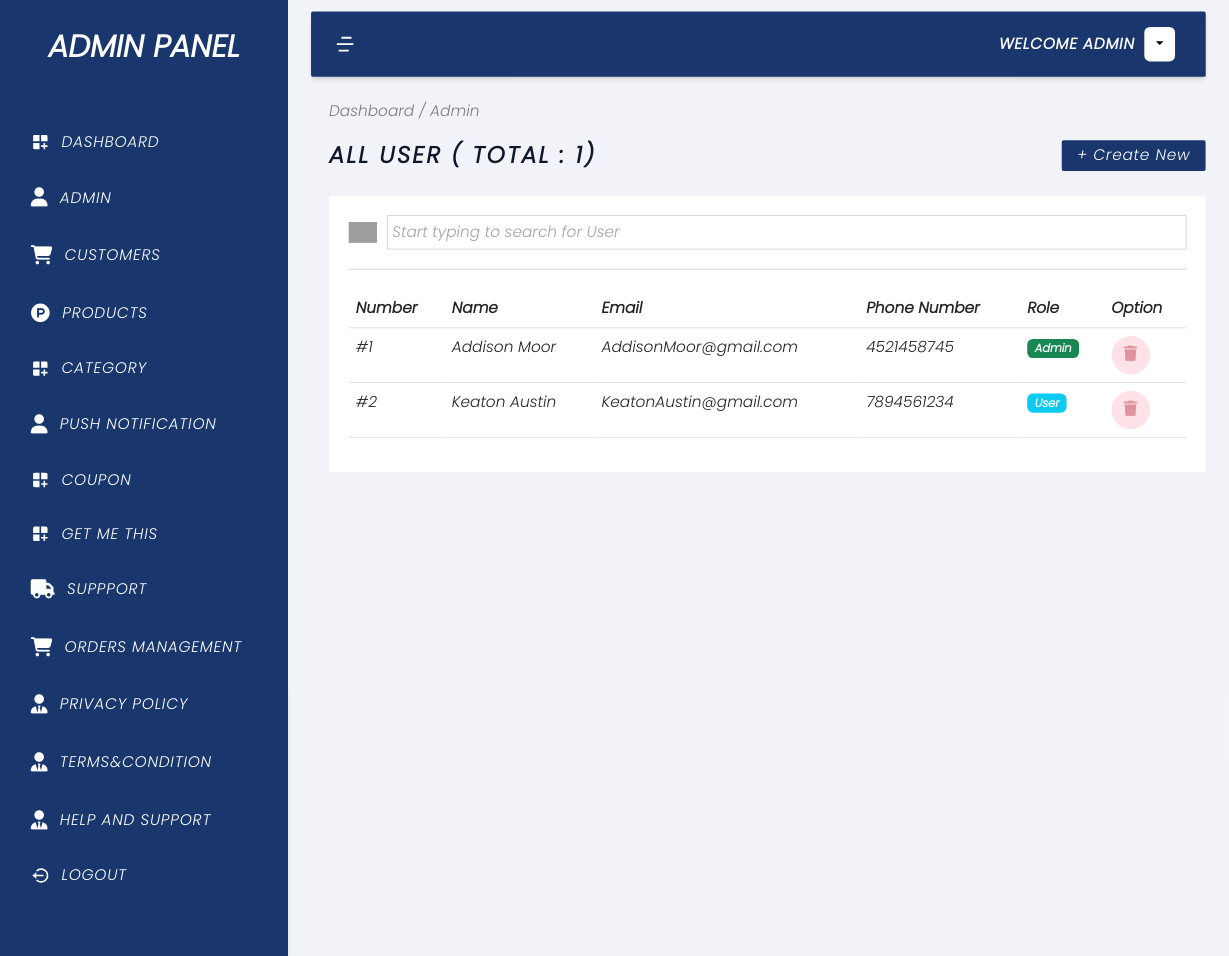
Repository: arpanmalik/project-khanna
Page: /Admin
An editor plug-in stored every save of this project. The page is shown before and after the next save, followed by the edit.
The browser window is 1280 px wide. The pictures show the whole page, at 96% of full size.
Pictures or frames that could not be fetched are drawn as grey boxes. Some web libraries are served in a nearby version. The project was rebuilt for these pictures with package versions that can differ from the ones it lists, and the page was loaded fresh each time. Also part of the build but not shown: src/E-CommerceAdmin/forms/Login.jsx, src/E-CommerceAdmin/pages/Dashboard.jsx, src/E-CommerceAdmin/pages/ECategory.js, src/E-CommerceAdmin/pages/EProduct.js, src/E-CommerceAdmin/pages/EVendorList.js, src/E-CommerceAdmin/pages/EAdminOrders.js, src/E-CommerceAdmin/pages/EAdminProduct.js, src/E-CommerceAdmin/pages/EAdminDelivery.js and 11 more. Imported but missing from the stored project, and not drawn on this page: src/E-CommerceAdmin/pages/Component/SpinnerComp, src/E-CommerceVendor/forms/EVendorLogin, src/E-CommerceVendor/pages/EVCategory, src/E-CommerceVendor/pages/EVCoupon, src/E-CommerceVendor/pages/EVDashboard, src/E-CommerceVendor/pages/EVOrders, src/E-CommerceVendor/pages/EVProduct, src/E-CommerceVendor/pages/EVSubCategory.

Above is the page before, as saved 2023-05-16 15:14:40.

After the next save:
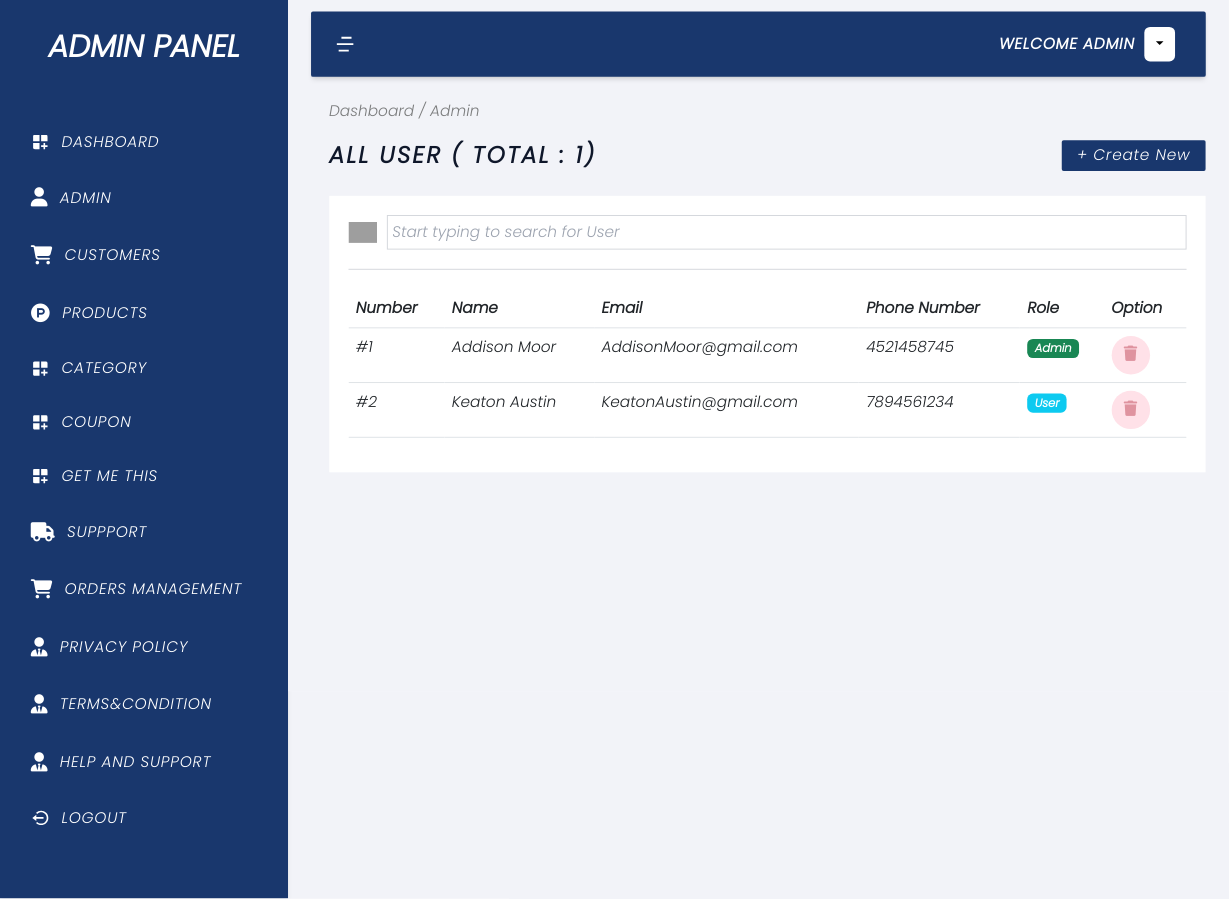
Saved 4 s later.
--- a/src/E-CommerceAdmin/layout/Sidebar.jsx
+++ b/src/E-CommerceAdmin/layout/Sidebar.jsx
@@ -41,11 +41,7 @@ const Sidebar = ({ hamb, setHamb }) => {
       name: "Category",
     },
 
-    {
-      icon: <i className="fa-solid fa-user text-xl mr-3 rounded-full"></i>,
-      link: "/pushNotification",
-      name: "Push Notification",
-    },
+
 
 
     {
